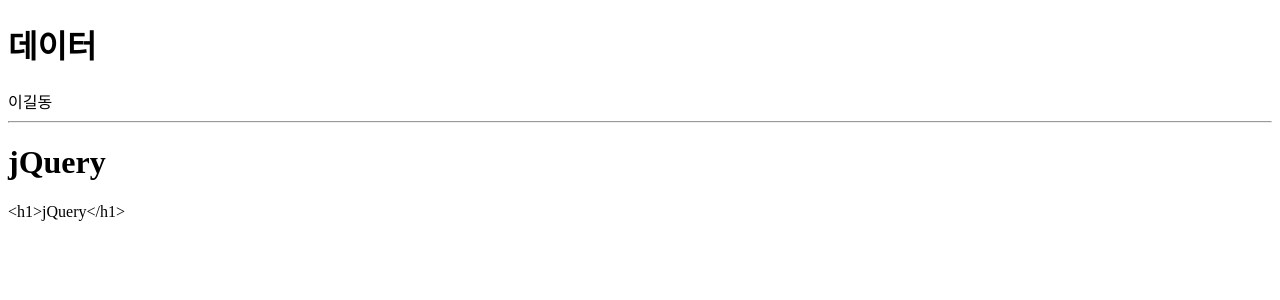
Repository: chlguswns1/web-practice
Page: jQuery/src/main/webapp/03_DOM_Operation.html
The author's editor kept a copy of each file at every save. The page is drawn from the files as they stood at one save, then again after the next save.
The browser window is 1280 px wide. The pictures show the whole page.

Above is the page before, as saved 2023-03-10 01:09:52.

After the next save:
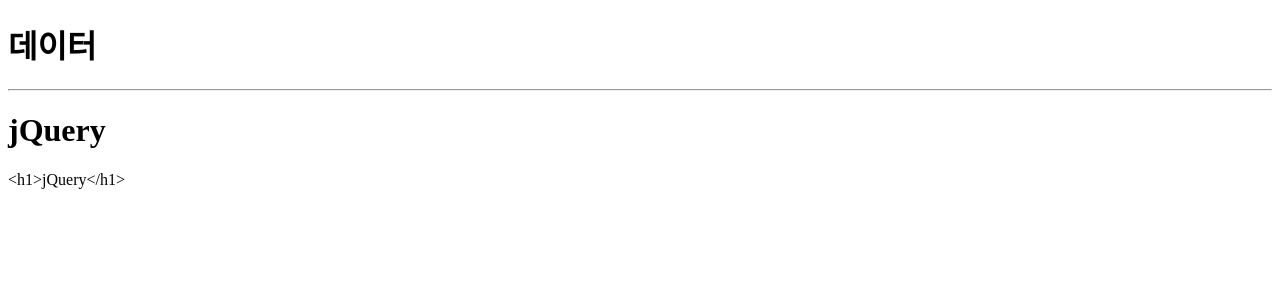
Saved 4 min 30 s later.
--- a/jQuery/src/main/webapp/03_DOM_Operation.html
+++ b/jQuery/src/main/webapp/03_DOM_Operation.html
@@ -232,14 +232,14 @@
 		$('#name_region').append($('<li>'+value+'</li>'));
 	})
 });
-	*/
+
 //- 3.
 	$(function() {
 		//$('header').after($('<div>이길동</div>')); //헤더 바로뒤에 형제관계로 사용가능
 		$('<div>이길동</div>').insertAfter($('header'));//위와 동일하게 동작되어진다
 	})
 
-
+*/
 /* 15. 문서 객체의 이동 */
 //- 기존에 존재하는 문서 객체를 선택하고 문서 객체 삽입 메서드를 사용하면, 문서 객체를 쉽게 다른 곳으로 이동시킬 수 있다.
 
